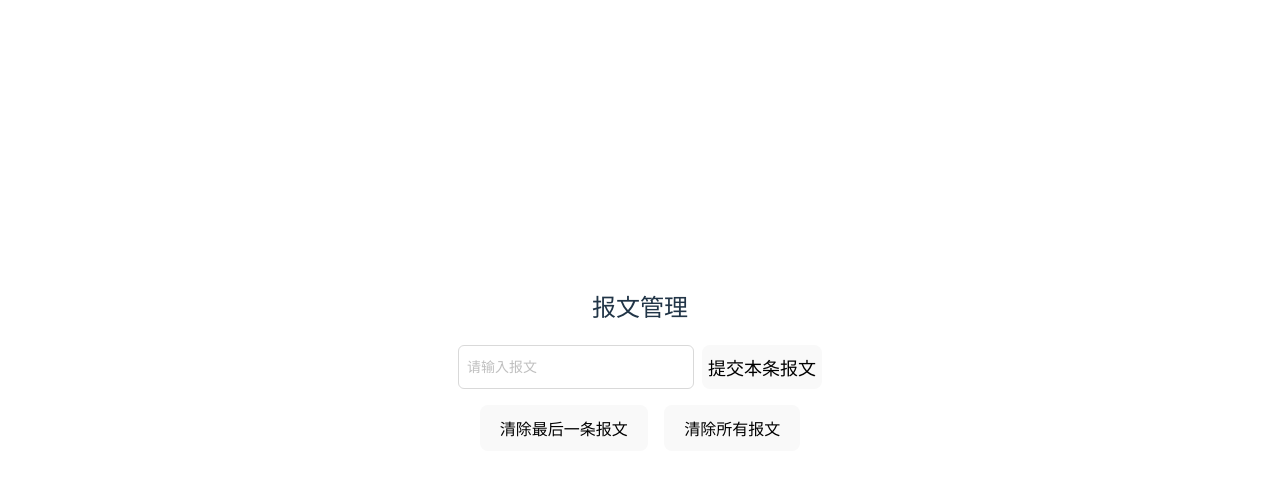
Repository: WUTONK/GoBlogAssignment3
Page: /user/postmodify (app in frontend/)
These files come from the project's save history. The page is drawn as it stood at one moment and after the next save; the edit follows.
The browser window is 1280 px wide. The pictures show the whole page.
The project was rebuilt for these pictures with package versions that can differ from the ones it lists, and the page was loaded fresh each time. Also part of the build but not shown: frontend/vite.config.ts, frontend/src/api/runtime.ts, frontend/src/api/models/LoginReq.ts, frontend/src/api/models/LoginRsp.ts, frontend/src/api/models/SqlReq.ts, frontend/src/api/models/SqlRsp.ts, frontend/src/api/models/index.ts, frontend/src/api/apis/DefaultApi.ts and 5 more.

Above is the page before, as saved 2025-07-26 23:51:25.

### frontend/src/main.tsx
import { StrictMode } from 'react'
import { createRoot } from 'react-dom/client'
import { RouterProvider } from 'react-router-dom';
import { router } from './router.tsx'
import './index.css'

// 路由
createRoot(document.getElementById('root')!).render(
  <StrictMode>
   <RouterProvider router={router}/>
  </StrictMode>,
)

### frontend/src/router.tsx
import LoginPage from "./loginPage";
import PostModify from "./PostModifyPage";
import PostShowPage from "./PostShowPage";
import { createBrowserRouter } from "react-router-dom";

export const router = createBrowserRouter(
   [
        {
            path: "/user/login",
            element: <LoginPage/>
        },

        {
            path: "/user/postmodify",
            element: <PostModify/>
        },

        {
            path: "/user/postshow",
            element: <PostShowPage/>,
        }
   ]
)

### frontend/src/PostModifyPage.tsx
import { useState } from 'react'
import './app.css'
import { Api } from './shared'
import Input from 'antd/es/input/Input'
import { useNavigate } from 'react-router-dom'

function PostModify() {
  const [post, setPosts] = useState("")

  return (
    <div style={{ maxWidth: 500, margin: "0 auto", padding: 20 }}>
      <h2 style={{ textAlign: "center" }}>报文管理</h2>
      {/* 输入框和提交按钮同一行 */}
      <div style={{ display: "flex", marginBottom: 16 }}>
        <Input
          type="text"
          value={post}
          onChange={(e: React.ChangeEvent<HTMLInputElement>) => setPosts(e.target.value)}
          placeholder="请输入报文"
          style={{ flex: 5, marginRight: 8, padding: 8 }}
        />
        <button
          onClick={() => { }}
          style={{
            flex: 1,
            minWidth: 120, // 最小宽度
            padding: "8px 0",
            whiteSpace: "nowrap", // 不换行
            fontSize: 18 // 字体大一点更好看
          }}
        >
          提交本条报文
        </button>
      </div>
      {/* 下面两个按钮一行 */}
      <div style={{ display: "flex", justifyContent: "center", gap: 16 }}>
        <button onClick={() => { }}>清除最后一条报文</button>
        <button onClick={() => { }}>清除所有报文</button>
      </div>
    </div>
  )
}

export default PostModify

Loaded but not shown: frontend/index.html (common file); frontend/src/index.css (common file); frontend/src/App.css (common file)

After the next save:
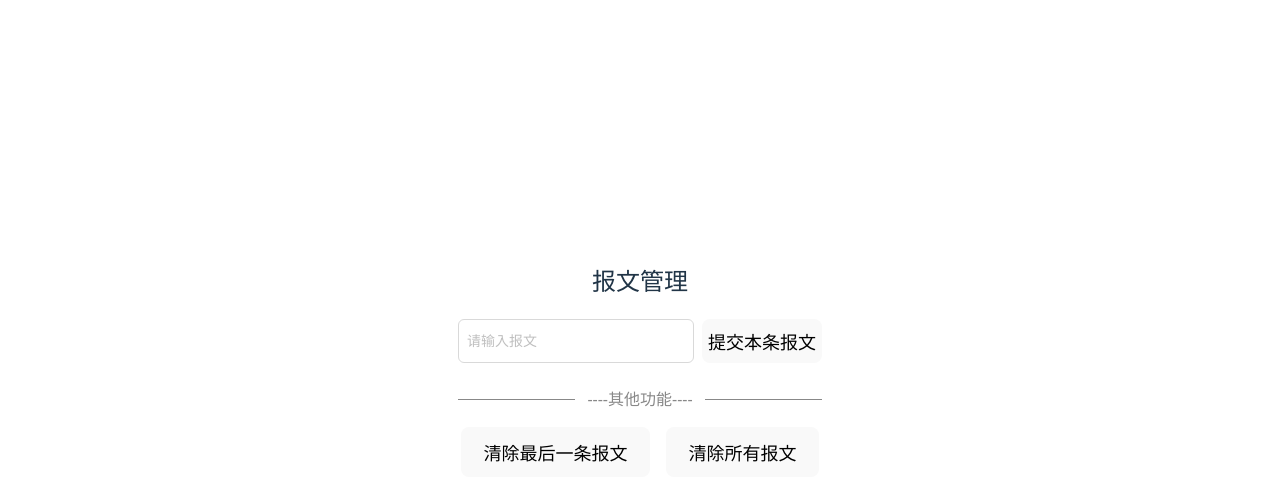
Saved 64 s later.
--- a/frontend/src/PostModifyPage.tsx
+++ b/frontend/src/PostModifyPage.tsx
@@ -32,10 +32,18 @@ function PostModify() {
           提交本条报文
         </button>
       </div>
-      {/* 下面两个按钮一行 */}
+
+      {/* 横线和说明文字 */}
+      <div style={{ display: "flex", alignItems: "center", margin: "24px 0 16px 0" }}>
+        <hr style={{ flex: 1, border: "none", borderTop: "1px solid #888" }} />
+        <span style={{ margin: "0 12px", color: "#888" }}>----其他功能----</span>
+        <hr style={{ flex: 1, border: "none", borderTop: "1px solid #888" }} />
+      </div>
+
+      {/* 下面两个按钮 */}
       <div style={{ display: "flex", justifyContent: "center", gap: 16 }}>
-        <button onClick={() => { }}>清除最后一条报文</button>
-        <button onClick={() => { }}>清除所有报文</button>
+        <button style={{ minWidth: 120, fontSize: 18, whiteSpace: "nowrap" }}>清除最后一条报文</button>
+        <button style={{ minWidth: 120, fontSize: 18, whiteSpace: "nowrap" }}>清除所有报文</button>
       </div>
     </div>
   )
